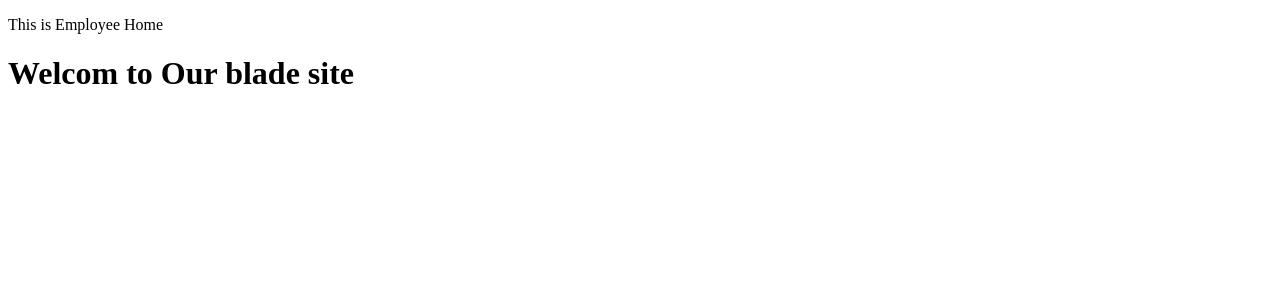
Repository: hsumyatm7308/Laravelb1
Page: http://localhost/employees
These files come from the project's save history. The page is drawn as it stood at one moment and after a run of saves; the edit follows.
The browser window is 1280 px wide. The pictures show the whole page.
The page is served by the project's Laravel application, run on PHP 8.4 with Laravel 10.

Above is the page before, as saved 2023-07-24 19:33:32.

After the next 2 saves:
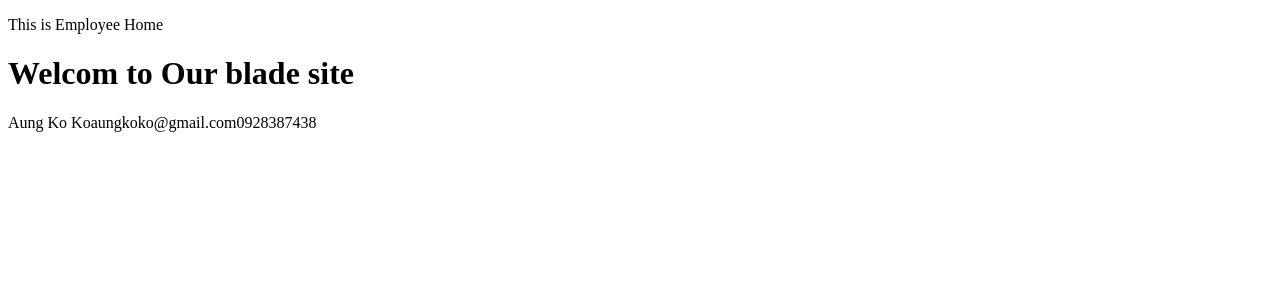
The 2 saves are shown as one change because they came seconds apart.
The last was saved 9 s later.
--- a/exerciseone/resources/views/employees/index.blade.php
+++ b/exerciseone/resources/views/employees/index.blade.php
@@ -11,7 +11,7 @@
 
   <?php
        foreach($employeesdata as $value){
-
+            echo $value;
        }
 
    ?>
